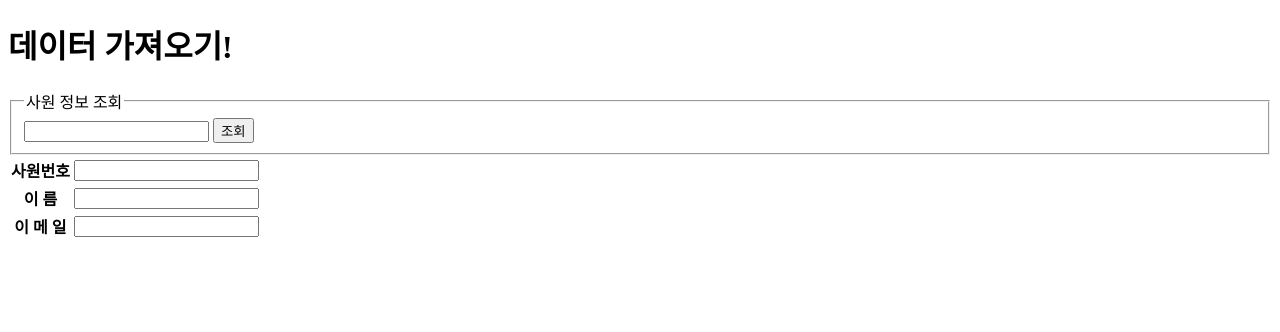
Repository: whdkwhdk90/JAVA
Page: 실습 코드/7. AJAX/UI_JQ_Ajax/WebContent/jq09_ajax.html
These files come from the project's save history. The page is drawn as it stood at one moment and after the next save; the edit follows.
The browser window is 1280 px wide. The pictures show the whole page.

Above is the page before, as saved 2020-06-22 03:51:31.

After the next save:
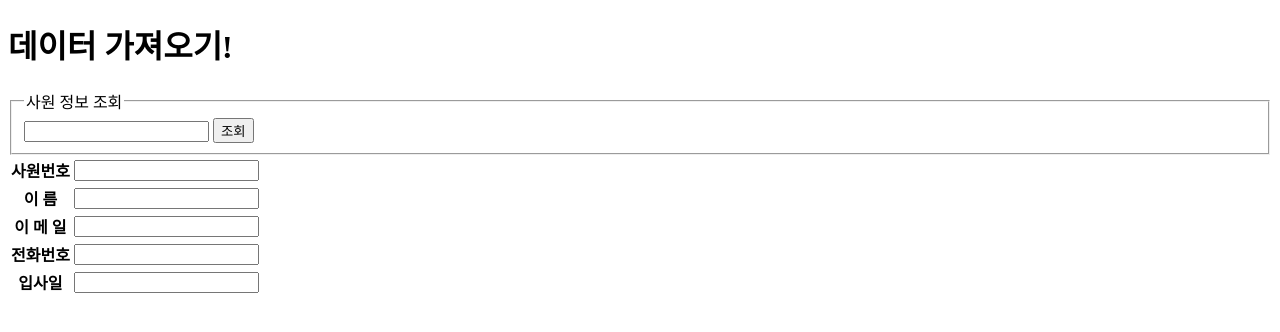
Saved 48 s later.
--- a/실습 코드/7. AJAX/UI_JQ_Ajax/WebContent/jq09_ajax.html
+++ b/실습 코드/7. AJAX/UI_JQ_Ajax/WebContent/jq09_ajax.html
@@ -25,7 +25,14 @@
 			    <th>이 메 일</th>
 			    <td><input type="text" name="email"></td>
 		  </tr>
-
+		  <tr>
+			    <th>전화번호</th>
+			    <td><input type="text" name="phone"></td>
+		  </tr>
+		   <tr>
+			    <th>입사일</th>
+			    <td><input type="text" name="hire"></td>
+		  </tr>
 	</table>
 
 </body>
